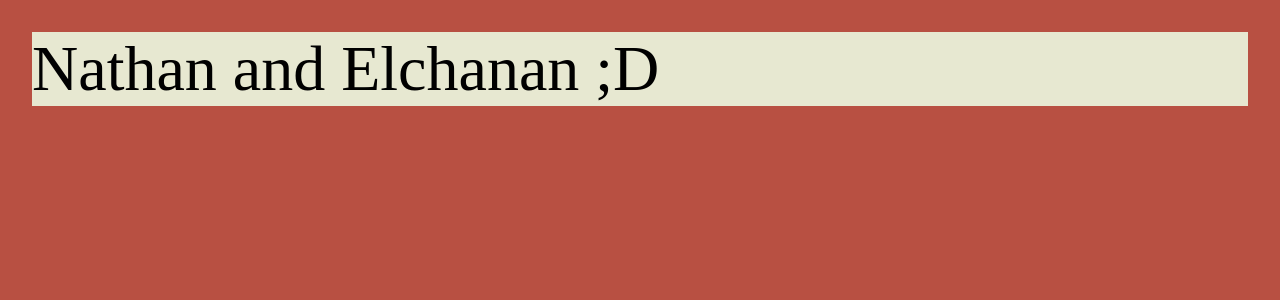
Repository: elchananChen/joke-api
Page: Client/index.html
These files come from the project's save history. The page is drawn as it stood at one moment and after the next save; the edit follows.
The browser window is 1280 px wide. The pictures show the whole page.
The page's requests for data from a server got no answer.

Above is the page before, as saved 2024-11-05 01:31:58.
Console error: TypeError: Cannot read properties of undefined (reading 'forEach')

After the next save:
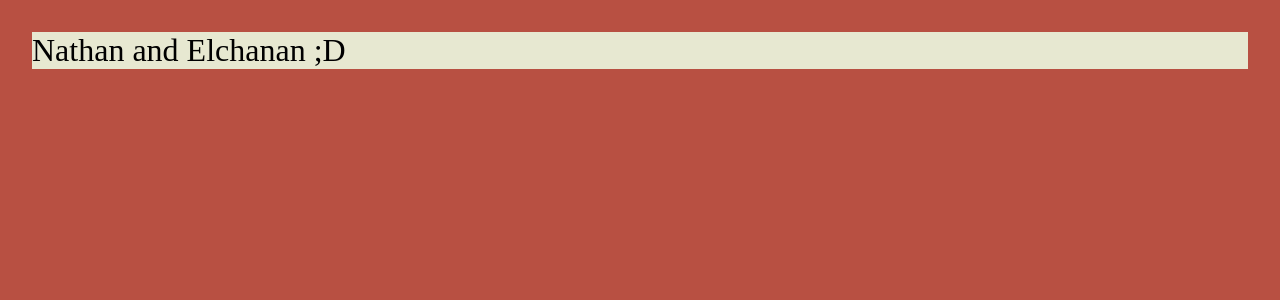
Saved 6 s later.
--- a/Client/styles.css
+++ b/Client/styles.css
@@ -15,7 +15,7 @@ article {
 }
 
 h1 {
-  font-size: 4rem;
+  font-size: 2rem;
 }
 
 main {
